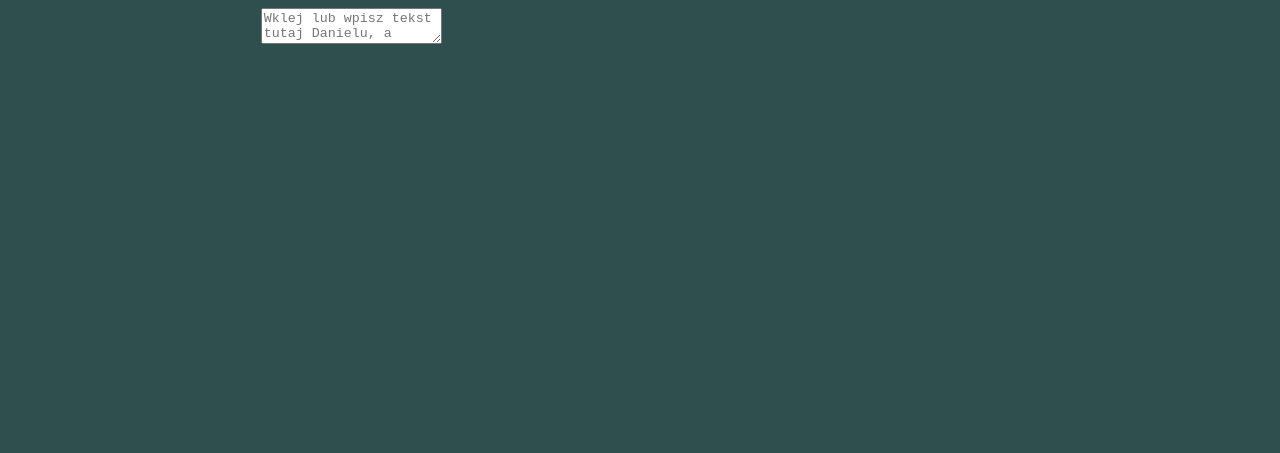
Repository: Gyeboorovsky/Playground
Page: Lettter Counter for Daniel/LetterCounter.html
An editor plug-in stored every save of this project. The page is shown before and after the next save, followed by the edit.
The browser window is 1280 px wide. The pictures show the whole page.

Above is the page before, as saved 2020-04-05 03:15:18.

After the next save:
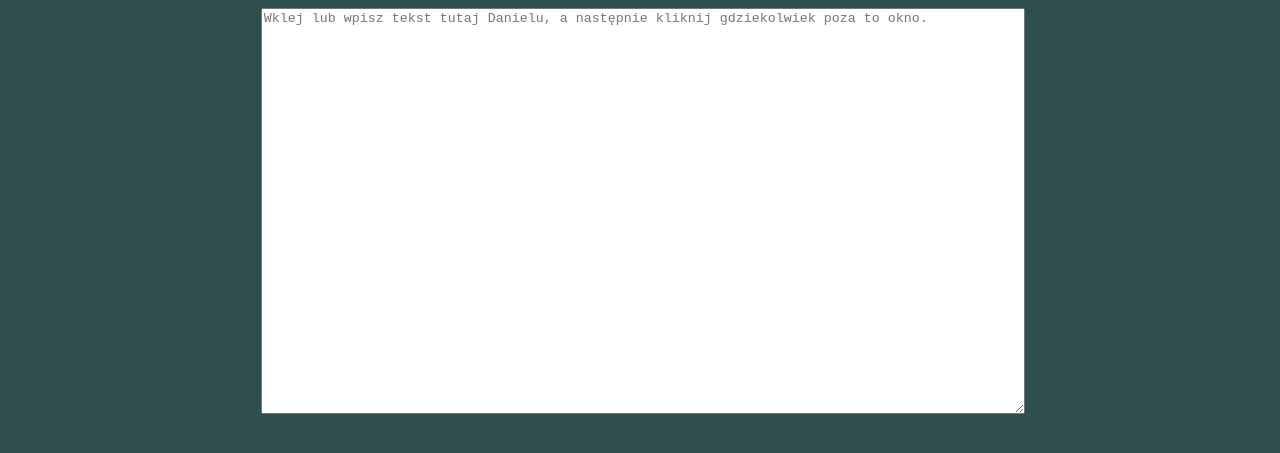
Saved 33 s later.
--- a/Lettter Counter for Daniel/style.css
+++ b/Lettter Counter for Daniel/style.css
@@ -1,5 +1,6 @@
 textarea {
-
+    width: 100%;
+    height: 400px;
 }
 
 body {
